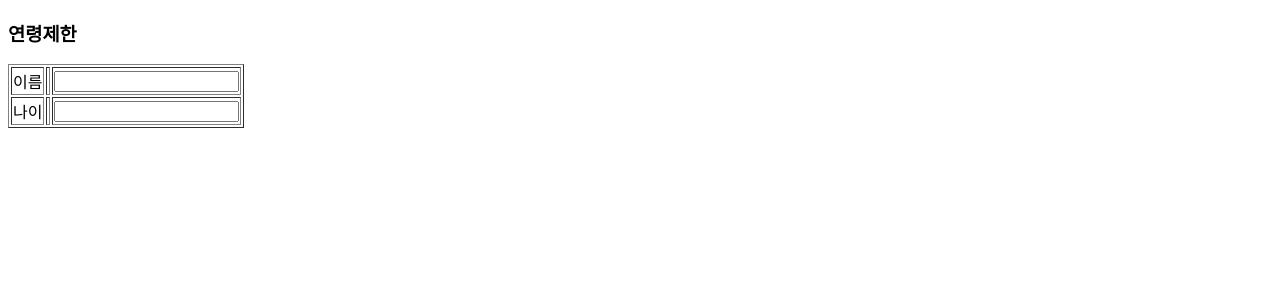
Repository: jihyunah/Java_EE
Page: workspace/testServlet/src/main/webapp/param.html
An editor plug-in stored every save of this project. The page is shown before and after the next save, followed by the edit.
The browser window is 1280 px wide. The pictures show the whole page.

Above is the page before, as saved 2023-02-22 05:45:11.

### workspace/testServlet/src/main/webapp/param.html
<!DOCTYPE html>
<html>
<head>
<meta charset="UTF-8">
<title>Insert title here</title>
</head>
<body>
	<h3>연령제한 </h3>

<table border="1">
	<tr>
		<td>이름 <td>
		<td><input type="text" name="name"></td>
	</tr>

	<tr>
		<td>나이 <td>
		<td><input type="text" name="age"></td>
	</tr>

	</table>
</body>
</html>

After the next save:
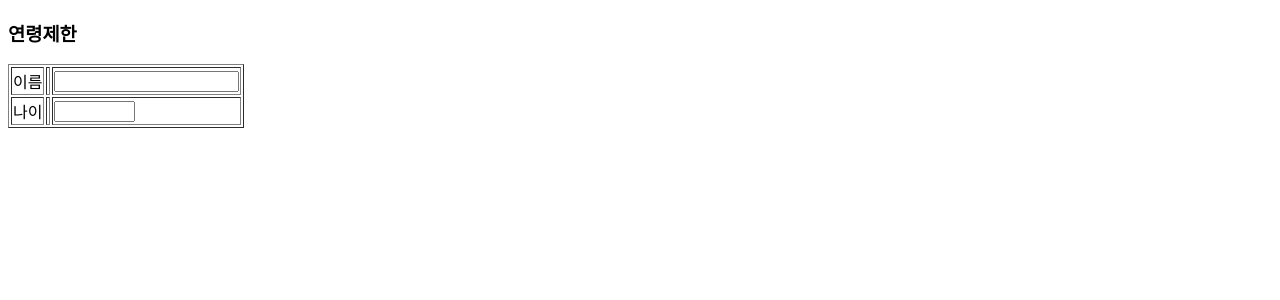
Saved 2 min 18 s later.
--- a/workspace/testServlet/src/main/webapp/param.html
+++ b/workspace/testServlet/src/main/webapp/param.html
@@ -15,7 +15,7 @@
 
 	<tr>
 		<td>나이 <td>
-		<td><input type="text" name="age"></td>
+		<td><input type="text" name="age" size="7" maxlength="3"></td>
 	</tr>
 
 	</table>
